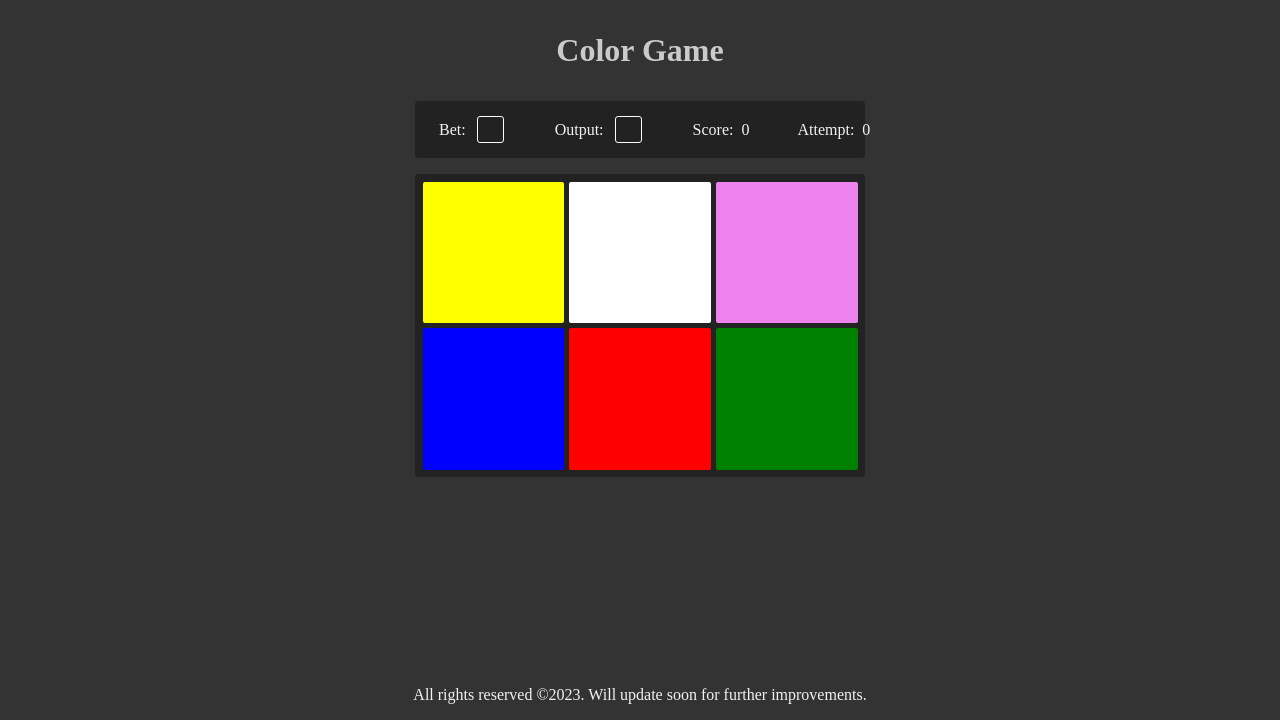
Repository: Pxych09/Simple-Game-VanillaJS
Page: Simple Web Game/color-game.html
The author's editor kept a copy of each file at every save. The page is drawn from the files as they stood at one save, then again after the next save.
The browser window is 1280 px wide. The pictures show the whole page.

Above is the page before, as saved 2023-10-03 10:59:35.

### Simple Web Game/color-game.html
<!DOCTYPE html>
<html lang="en">
<head>
    <meta charset="UTF-8">
    <meta name="viewport" content="width=device-width, initial-scale=1.0">
    <title>Color Game</title>
    <link rel="stylesheet" href="./css/styles.css">
    <script src="./js/color-game.js" defer></script>
</head>
<body>

    <div id="master-color">

        <div class="for-title-color"><h1 class="color-title">Color Game</h1></div>
        <div class="color-dashboard">
            <div>Bet: <div class="color-bet"></div></div>
            <div>Output: <div class="color-output"></div></div>
           <div>Score: <div id="color-score"></div></div>
           <div>Attempt: <div id="attempt"></div></div>
        </div>
        <div class="container-colors">
            <div class="box-colors">
                <div></div>
                <div></div>
                <div></div>
                <div></div>
                <div></div>
                <div></div>
            </div>

            <div class="for-btn-color"><button class="btn-roll-color unshow"><span>Roll</span>&nbsp;<span class="dice">🎲</span></button></div>
        </div>

        <footer>
            <p>All rights reserved &copy;2023. Will update soon for further improvements.</p>
        </footer>

    </div>

</body>
</html>

### Simple Web Game/css/styles.css
@import url('https://fonts.googleapis.com/css2?family=Anton&family=Inconsolata:wght@300&family=Lobster&family=PT+Sans:wght@700&family=Poppins&display=swap');

*, ::before, ::after{
    margin: 0; padding: 0;
    box-sizing: border-box;
}

footer{
    position: fixed;
    bottom: 0;
    padding: 1rem;
    left: 0; right: 0;
    text-align: center;
}

/* FOR COLOR GAME */
#master-color{
    min-height: 100vh;
    min-height: 100dvh;
    background-color: #333;
    display: block;
    color: #f2f2f2;
}
.color-title{
    color: #cacaca;
}
#master-color > div{
    width: 100%;
    text-align: center;
}
#master-color .for-title-color{
    padding-block: 2rem;
}
#master-color .color-dashboard > div{
    display: flex; padding: 1rem;
    gap: .5rem;
    justify-content: flex-start; align-items: center;
}
#master-color .color-dashboard{
    display: flex; gap: 1rem;
    background-color: #222;
    justify-content: space-around;
    align-items: center;
    padding: 0rem .5rem;
    /* overflow: hidden; */
    margin-inline: auto;
    border-radius: 4px;
    width: min(100%, 450px);
}
.for-btn-color{
    display: grid;
    padding: 1rem;
}
button.btn-roll-color:hover,
button.btn-roll-color:focus{
    background: rgba(253, 176, 33, 0.938);
    outline: 2px solid rgb(226, 148, 3);
    color: rgb(18, 18, 231);
    outline-offset: 1px;
}
button.btn-roll-color{
    display: flex; justify-content: center; align-items: center;
    font-size: 1rem;
    outline-offset: 2px;
    color: rgb(27, 27, 185);
    text-transform: uppercase;
    font-weight: bold;
    background: orange;
    outline: 2px solid rgba(248, 181, 58, 0.63);
    border: none; margin-inline: auto;
    padding: .5rem 1rem;
    border-radius: .7rem;
    width: min(100%, 100px);
    cursor: pointer;
}
#master-color .container-colors{
    padding-block: 1rem;
    display: grid;
    place-items: center;
}
.container-colors .box-colors{
    --mx-width: 450px;
    --radius: 2px;
    --gap: 5px;
    display: grid;
    grid-template-columns: repeat(3, 1fr);
    gap: var(--gap);
    width: min(100%, var(--mx-width));
    background: #222;
    padding: calc(var(--gap) * 1.5);
    border-radius: calc(var(--radius) * 2);
}
.container-colors .box-colors div{
    /* width: calc(var(--mx-width) / 3.5); */
    background-color: #cacaca;
    aspect-ratio: 1;
    margin: 0;
    border-radius: var(--radius);
}
.container-colors .box-colors div:hover{
    opacity: .8;
}

.color-bet,
.color-output{
    margin-inline: .25rem;
    /* background: yellow; */
    outline: 1px solid #fdfafa;
    width: 25px;
    border-radius: 2px;
    aspect-ratio: 1;
}

.container-colors .box-colors div.light{
    opacity: 1;
    animation: light .5s ease;
    pointer-events: none;
    /* animation-iteration-count: 25; */
}

.container-colors .box-colors div.win{
    opacity: .4;
}

@keyframes light {
    to{
        opacity: .4;
    }
}


button.btn-roll-color.unshow{
    display: none;
}
button.btn-roll-color.spin-dice > .dice{
    animation: roll .5s linear infinite;
}
button.btn-roll-color.spin-dice{
    pointer-events: none;
    transition: .3s ease;
}

@keyframes roll {
    to{
        rotate: -360deg;
    }
}

### Simple Web Game/js/color-game.js
const box_colors = document.querySelectorAll('.box-colors div')
const color_bet = document.querySelector('.color-bet')
const color_output = document.querySelector('.color-output')
const color_score = document.querySelector('#color-score')
const btn_roll = document.querySelector('.btn-roll-color')
const attempt = document.querySelector('#attempt')

let colors_length = box_colors.length
const colors = ['yellow', 'white', 'violet', 'blue', 'red', 'green']
let isPlay = false
color_score.innerHTML = 0
attempt.innerHTML = 0

function initialDisplay(){
    for(let i = 0; i < colors_length; i++){
        box_colors[i].style.background = colors[i]
        box_colors[i].id = colors[i]

        box_colors[i].addEventListener('click', e =>{
            btn_roll.classList.remove('unshow')
            color_bet.style.background = box_colors[i].id
            color_bet.id = box_colors[i].id
            color_output.style.background = "none"
        })
    }
}

initialDisplay()

let score = 0
function effect(){

    let speed = 500
    let limit = 30

    function stopTime(){
        const item = Math.floor(Math.random() * colors_length)
        box_colors[item].classList.add('win')
        btn_roll.classList.remove('spin-dice')

        console.log(item)
        color_output.style.background = box_colors[item].id
        console.log("Output: "+box_colors[item].id, "Bet: "+color_bet.id)
        if(box_colors[item].id == color_bet.id){
            score++
            color_score.innerHTML = `${score}`
        }

        isPlay = false

        function reset(){
            color_bet.removeAttribute('id')

            box_colors.forEach(el =>{
                el.classList.remove('light')
                el.addEventListener('click', ()=>{
                    box_colors[item].classList.remove('win')
                })
            })
        }

        setTimeout(reset, 500)
    }

    let count = 0
    const runTime = setInterval(roll, speed)

    function roll(){
        count++
        console.log("count")
        btn_roll.classList.add('spin-dice')
        effects()
        if(count > limit){
            clearInterval(runTime)
            setTimeout(stopTime, 500)
            count = 0
        }
    }

    function effects(){
        for(let i = 0; i < colors_length; i++){
            box_colors[i].classList.add('light')
            box_colors[i].style.animationDelay = `${i}00ms`
            box_colors[i].style.animationIterationCount = `${limit}`
        }
    }
}

const RollColor = (e) =>{
    if(color_bet.hasAttribute('id')){
       // function
      isPlay = true
      console.log(isPlay)
      effect()
    }

}

btn_roll.addEventListener('click', RollColor)

After the next save:
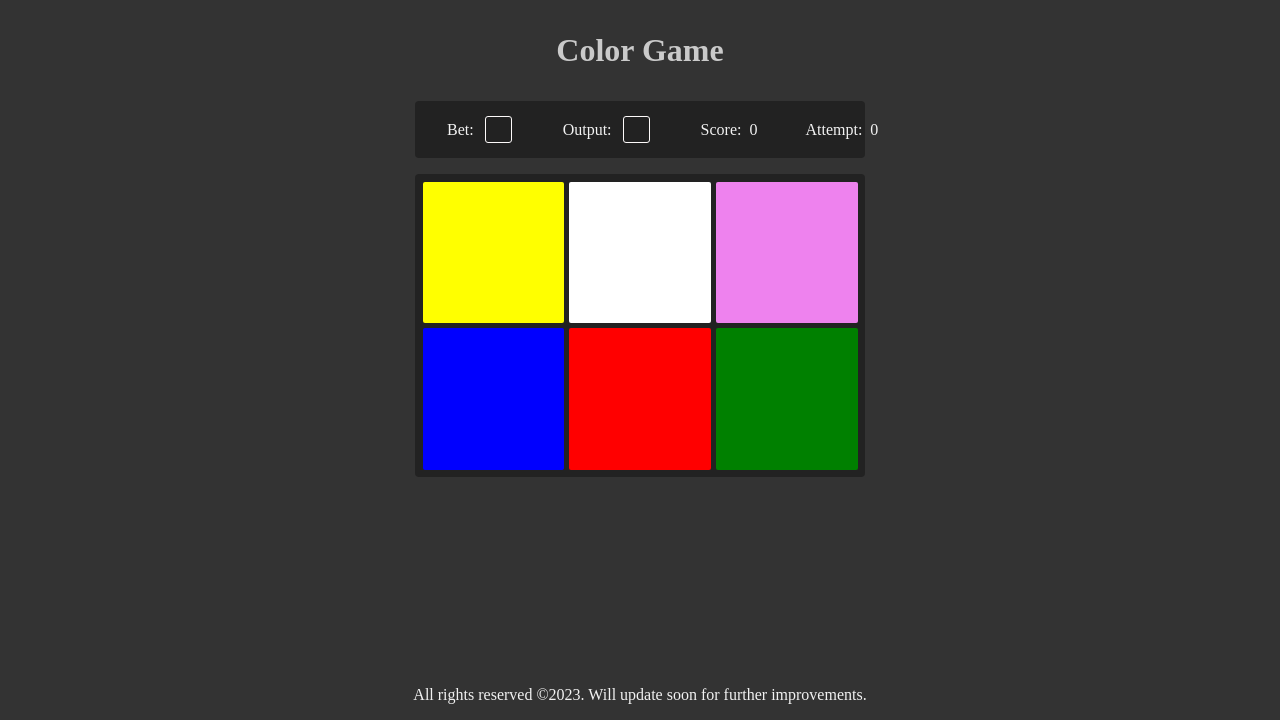
Saved 4 s later.
--- a/Simple Web Game/css/styles.css
+++ b/Simple Web Game/css/styles.css
@@ -41,7 +41,7 @@ footer{
     background-color: #222;
     justify-content: space-around;
     align-items: center;
-    padding: 0rem .5rem;
+    padding: 0rem 1rem;
     /* overflow: hidden; */
     margin-inline: auto;
     border-radius: 4px;
